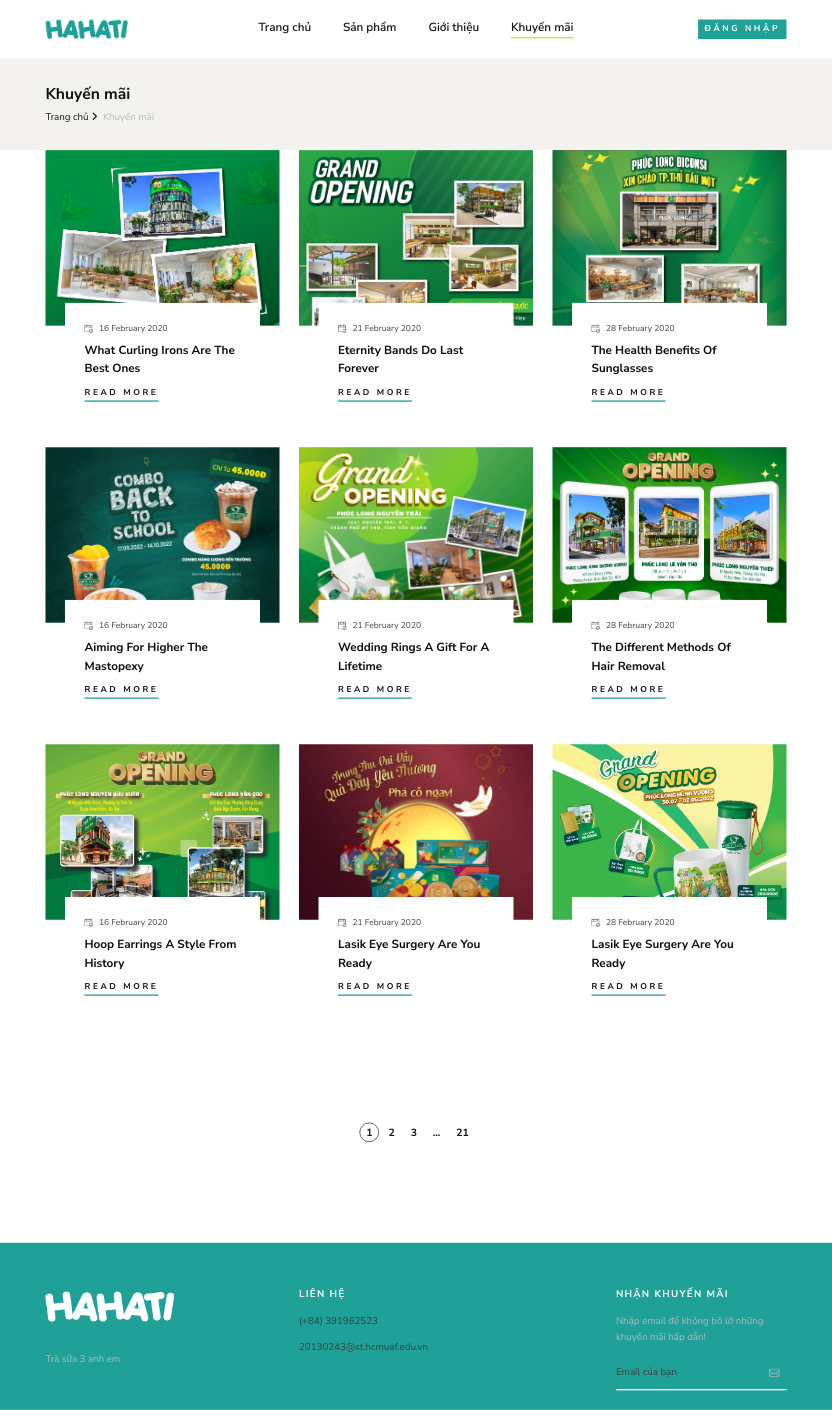
Repository: letrongtinh27/template
Page: blog.html
An editor plug-in stored every save of this project. The page is shown before and after the next save, followed by the edit.
The browser window is 1280 px wide. The pictures show the whole page, at 65% of full size.

Above is the page before, as saved 2022-10-25 19:13:47.

### blog.html
<!DOCTYPE html>
<html lang="zxx">
  <head>
    <meta charset="UTF-8" />
    <meta name="description" content="Male_Fashion Template" />
    <meta name="keywords" content="Male_Fashion, unica, creative, html" />
    <meta name="viewport" content="width=device-width, initial-scale=1.0" />
    <meta http-equiv="X-UA-Compatible" content="ie=edge" />
    <title>HAHATI | Tài khoản</title>

    <!-- Google Font -->
    <link
      href="https://fonts.googleapis.com/css2?family=Nunito+Sans:wght@300;400;600;700;800;900&display=swap"
      rel="stylesheet"
    />

    <!-- Css Styles -->
    <link rel="stylesheet" href="css/bootstrap.min.css" type="text/css" />
    <link rel="stylesheet" href="css/font-awesome.min.css" type="text/css" />
    <link
      rel="stylesheet"
      href="https://cdnjs.cloudflare.com/ajax/libs/font-awesome/6.2.0/css/all.min.css"
      integrity="sha512-xh6O/CkQoPOWDdYTDqeRdPCVd1SpvCA9XXcUnZS2FmJNp1coAFzvtCN9BmamE+4aHK8yyUHUSCcJHgXloTyT2A=="
      crossorigin="anonymous"
      referrerpolicy="no-referrer"
    />
    <link rel="stylesheet" href="css/elegant-icons.css" type="text/css" />
    <link rel="stylesheet" href="css/magnific-popup.css" type="text/css" />
    <link rel="stylesheet" href="css/nice-select.css" type="text/css" />
    <link rel="stylesheet" href="css/owl.carousel.min.css" type="text/css" />
    <link rel="stylesheet" href="css/slicknav.min.css" type="text/css" />
    <link rel="stylesheet" href="css/style.css" type="text/css" />
    <link rel="stylesheet" href="css/blog.css">
  </head>

  <body>
    <!-- Page Preloder -->
    <div id="preloder">
      <div class="loader"></div>
    </div>

    <!-- Offcanvas Menu Begin -->
    <div class="offcanvas-menu-overlay"></div>
    <div class="offcanvas-menu-wrapper">
      <div class="offcanvas__option">
        <div class="offcanvas__links">
          <a href="#">Sign in</a>
        </div>
      </div>
      <div class="offcanvas__nav__option">
        <a href="#" class="search-switch"
          ><img src="img/icon/search.png" alt=""
        /></a>
        <a href="#"><img src="img/icon/heart.png" alt="" /></a>
        <a href="#"><img src="img/icon/cart.png" alt="" /> <span>0</span></a>
        <div class="price">$0.00</div>
      </div>
      <div id="mobile-menu-wrap"></div>
    </div>
    <!-- Offcanvas Menu End -->

    <!-- Header Section Begin -->
    <header class="header">
      <div class="container">
        <div class="row">
          <div class="col-lg-3 col-md-3">
            <div class="header__logo">
              <a href="./index.html"
                ><img class="logo-small" src="img/logo.png" alt=""
              /></a>
            </div>
          </div>
          <div class="col-lg-6 col-md-6">
            <nav class="header__menu mobile-menu">
              <ul>
                <li><a href="./index.html">Trang chủ</a></li>
                <li class=""><a href="./shop.html">Sản phẩm</a></li>
                <li class=""><a href="#">Giới thiệu</a></li>
                <li class="active"><a href="./blog.html">Khuyến mãi</a></li>
              </ul>
            </nav>
          </div>
          <div class="col-lg-3 col-md-3">
            <div class="header__nav__option">
              <a href="#" class="primary-btn login-btn">Đăng nhập</a>
            </div>
          </div>
        </div>
        <div class="canvas__open"><i class="fa fa-bars"></i></div>
      </div>
    </header>
    <!-- Header Section End -->

    <!-- Breadcrumb Section Begin -->
    <section class="breadcrumb-option">
      <div class="container">
        <div class="row">
          <div class="col-lg-12">
            <div class="breadcrumb__text">
              <h4>Khuyến mãi</h4>
              <div class="breadcrumb__links">
                <a href="./index.html">Trang chủ</a>
                <span>Khuyến mãi</span>
              </div>
            </div>
          </div>
        </div>
      </div>
    </section>
    <!-- <section class="breadcrumb-blog set-bg" data-setbg="img/banner-matcha.jpg">
      <div class="container">
          <div class="row">
              <div class="col-lg-12">
                  <h2>Our Blog</h2>
              </div>
          </div>
      </div>
  </section> -->
    <!-- Breadcrumb Section End -->

    <!-- Shopping Cart Section Begin -->
    <section class="blog">
      <div class="container">
        <div class="row">
            <div class="col-lg-4 col-md-6 col-sm-6">
                <div class="blog__item">
                    <div class="blog__item__pic set-bg" data-setbg="img/blog/blog-1.jpg"></div>
                    <div class="blog__item__text">
                        <span><img src="img/icon/calendar.png" alt=""> 16 February 2020</span>
                        <h5>What Curling Irons Are The Best Ones</h5>
                        <a href="#">Read More</a>
                    </div>
                </div>
            </div>
            <div class="col-lg-4 col-md-6 col-sm-6">
                <div class="blog__item">
                    <div class="blog__item__pic set-bg" data-setbg="img/blog/blog-2.jpg"></div>
                    <div class="blog__item__text">
                        <span><img src="img/icon/calendar.png" alt=""> 21 February 2020</span>
                        <h5>Eternity Bands Do Last Forever</h5>
                        <a href="#">Read More</a>
                    </div>
                </div>
            </div>
            <div class="col-lg-4 col-md-6 col-sm-6">
                <div class="blog__item">
                    <div class="blog__item__pic set-bg" data-setbg="img/blog/blog-3.jpg"></div>
                    <div class="blog__item__text">
                        <span><img src="img/icon/calendar.png" alt=""> 28 February 2020</span>
                        <h5>The Health Benefits Of Sunglasses</h5>
                        <a href="#">Read More</a>
                    </div>
                </div>
            </div>
            <div class="col-lg-4 col-md-6 col-sm-6">
                <div class="blog__item">
                    <div class="blog__item__pic set-bg" data-setbg="img/blog/blog-4.jpg"></div>
                    <div class="blog__item__text">
                        <span><img src="img/icon/calendar.png" alt=""> 16 February 2020</span>
                        <h5>Aiming For Higher The Mastopexy</h5>
                        <a href="#">Read More</a>
                    </div>
                </div>
            </div>
            <div class="col-lg-4 col-md-6 col-sm-6">
                <div class="blog__item">
                    <div class="blog__item__pic set-bg" data-setbg="img/blog/blog-5.jpg"></div>
                    <div class="blog__item__text">
                        <span><img src="img/icon/calendar.png" alt=""> 21 February 2020</span>
                        <h5>Wedding Rings A Gift For A Lifetime</h5>
                        <a href="#">Read More</a>
                    </div>
                </div>
            </div>
            <div class="col-lg-4 col-md-6 col-sm-6">
                <div class="blog__item">
                    <div class="blog__item__pic set-bg" data-setbg="img/blog/blog-6.jpg"></div>
                    <div class="blog__item__text">
                        <span><img src="img/icon/calendar.png" alt=""> 28 February 2020</span>
                        <h5>The Different Methods Of Hair Removal</h5>
                        <a href="#">Read More</a>
                    </div>
                </div>
            </div>
            <div class="col-lg-4 col-md-6 col-sm-6">
                <div class="blog__item">
                    <div class="blog__item__pic set-bg" data-setbg="img/blog/blog-7.jpg"></div>
                    <div class="blog__item__text">
                        <span><img src="img/icon/calendar.png" alt=""> 16 February 2020</span>
                        <h5>Hoop Earrings A Style From History</h5>
                        <a href="#">Read More</a>
                    </div>
                </div>
            </div>
            <div class="col-lg-4 col-md-6 col-sm-6">
                <div class="blog__item">
                    <div class="blog__item__pic set-bg" data-setbg="img/blog/blog-8.jpg"></div>
                    <div class="blog__item__text">
                        <span><img src="img/icon/calendar.png" alt=""> 21 February 2020</span>
                        <h5>Lasik Eye Surgery Are You Ready</h5>
                        <a href="#">Read More</a>
                    </div>
                </div>
            </div>
            <div class="col-lg-4 col-md-6 col-sm-6">
                <div class="blog__item">
                    <div class="blog__item__pic set-bg" data-setbg="img/blog/blog-9.jpg"></div>
                    <div class="blog__item__text">
                        <span><img src="img/icon/calendar.png" alt=""> 28 February 2020</span>
                        <h5>Lasik Eye Surgery Are You Ready</h5>
                        <a href="#">Read More</a>
                    </div>
                </div>
            </div>
        </div>
        <div class="row spad">
          <div class="col-lg-12">
              <div class="product__pagination">
                  <a class="active" href="#">1</a>
                  <a href="#">2</a>
                  <a href="#">3</a>
                  <span>...</span>
                  <a href="#">21</a>
              </div>
          </div>
      </div>
    </div>
    </section>
    <footer class="footer">
      <div class="container">
        <div class="row">
          <div class="col-lg-3 col-md-6 col-sm-6">
            <div class="footer__about">
              <div class="footer__logo">
                <a href="#"><img src="img/footer-logo.png" alt="" /></a>
              </div>
              <p>Trà sữa 3 anh em</p>
            </div>
          </div>
          <div class="col-lg-2 offset-lg-1 col-md-3 col-sm-6">
            <div class="footer__widget">
              <h6>Liên hệ</h6>
              <ul>
                <li>
                  <p>(+84) 391962523</p>
                </li>
                <li>
                  <p>20130243@st.hcmuaf.edu.vn</p>
                </li>
              </ul>
            </div>
          </div>
          <div class="col-lg-2 col-md-3 col-sm-6">
            <div class="footer__widget"></div>
          </div>
          <div class="col-lg-3 offset-lg-1 col-md-6 col-sm-6">
            <div class="footer__widget">
              <h6>Nhận khuyến mãi</h6>
              <div class="footer__newslatter">
                <p>Nhập email để không bõ lỡ những khuyến mãi hấp dẫn!</p>
                <form action="#">
                  <input type="text" placeholder="Email của bạn" />
                  <button type="submit">
                    <span class="icon_mail_alt"></span>
                  </button>
                </form>
              </div>
            </div>
          </div>

        </div>
      </div>
    </footer>
    <!-- Footer Section End -->

    <!-- Search Begin -->
    <div class="search-model">
      <div class="h-100 d-flex align-items-center justify-content-center">
        <div class="search-close-switch">+</div>
        <form class="search-model-form">
          <input type="text" id="search-input" placeholder="Search here....." />
        </form>
      </div>
    </div>
    <!-- Search End -->

    <!-- Js Plugins -->
    <script src="js/jquery-3.3.1.min.js"></script>
    <script src="js/jquery.nice-select.min.js"></script>
    <script src="js/jquery.nicescroll.min.js"></script>
    <script src="js/jquery.magnific-popup.min.js"></script>
    <script src="js/jquery.countdown.min.js"></script>
    <script src="js/jquery.slicknav.js"></script>
    <script src="js/mixitup.min.js"></script>
    <script src="js/owl.carousel.min.js"></script>
    <script src="js/main.js"></script>
    <script src="js/account/bootstrap.min.js"></script>
    <script src="assets/js/vendor/jquery-3.5.1.min.js"></script>

  </body>
</html>

### css/blog.css
.breadcrumb-blog {
    background-image: url(img/banner-matcha.jpg);
}

Loaded but not shown: css/bootstrap.min.css (library); css/font-awesome.min.css (library); css/magnific-popup.css (library); css/nice-select.css (common file); css/owl.carousel.min.css (library); css/slicknav.min.css (common file); js/jquery-3.3.1.min.js (library); js/jquery.nice-select.min.js (common file); js/jquery.nicescroll.min.js (library); js/jquery.magnific-popup.min.js (library); js/jquery.countdown.min.js (library); js/jquery.slicknav.js (library); js/mixitup.min.js (library); js/owl.carousel.min.js (library); js/account/bootstrap.min.js (library); assets/js/vendor/jquery-3.5.1.min.js (library); js/main.js (216 lines, source omitted); css/style.css (3856 lines, source omitted); css/elegant-icons.css (1157 lines, source omitted)

After the next save:
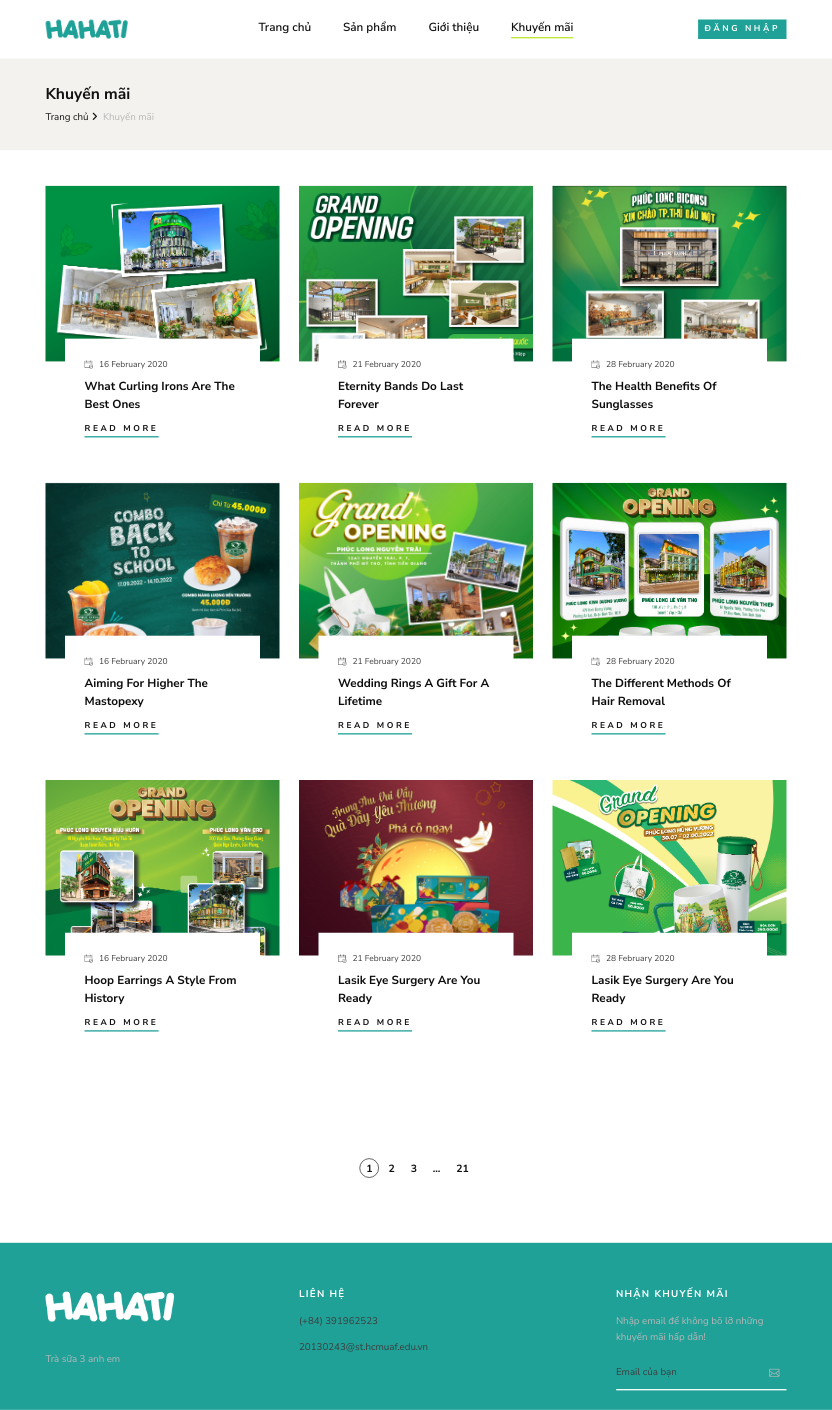
Saved 50 s later.
--- a/css/blog.css
+++ b/css/blog.css
@@ -1,3 +1,4 @@
-.breadcrumb-blog {
-    background-image: url(img/banner-matcha.jpg);
+.blog {
+    padding-top: 55px;
+    padding-bottom: 0px;
 }
